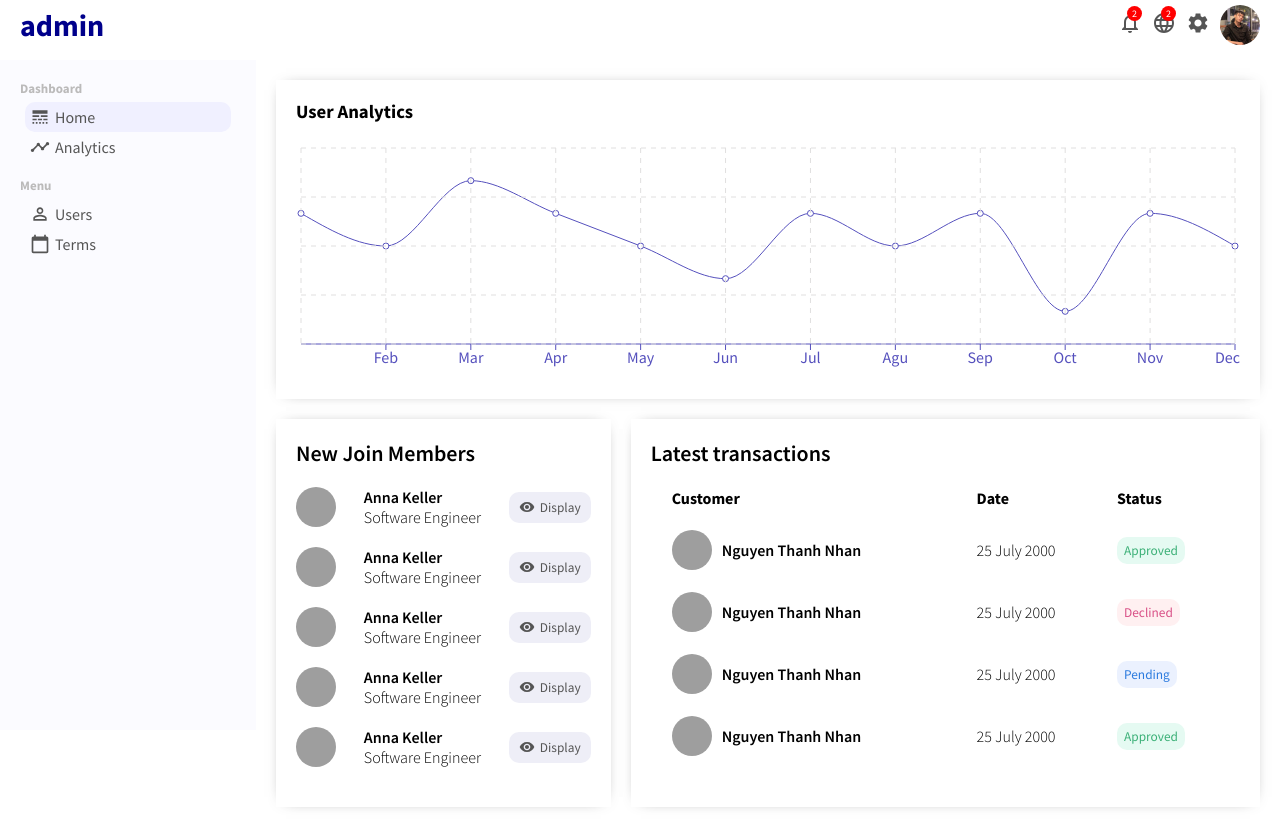
Repository: NguyenThanhNhan2507/PageQA
Page: /
These files come from the project's save history. The page is drawn as it stood at one moment and after the next save; the edit follows.
The browser window is 1280 px wide. The pictures show the whole page.
Pictures or frames that could not be fetched are drawn as grey boxes. The page's requests for data from a server got no answer. The project was rebuilt for these pictures with package versions that can differ from the ones it lists, and the page was loaded fresh each time. No one was signed in, and anything a server would have sent is missing. Also part of the build but not shown: src/pages/userList/userList.css, src/pages/userList/UserList.jsx, src/pages/user/user.css, src/pages/user/User.jsx, src/pages/newUser/newUser.css, src/pages/newUser/NewUser.jsx, src/pages/productList/productList.css, src/pages/productList/ProductList.jsx and 7 more.

Above is the page before, as saved 2022-04-11 14:00:37.

After the next save:
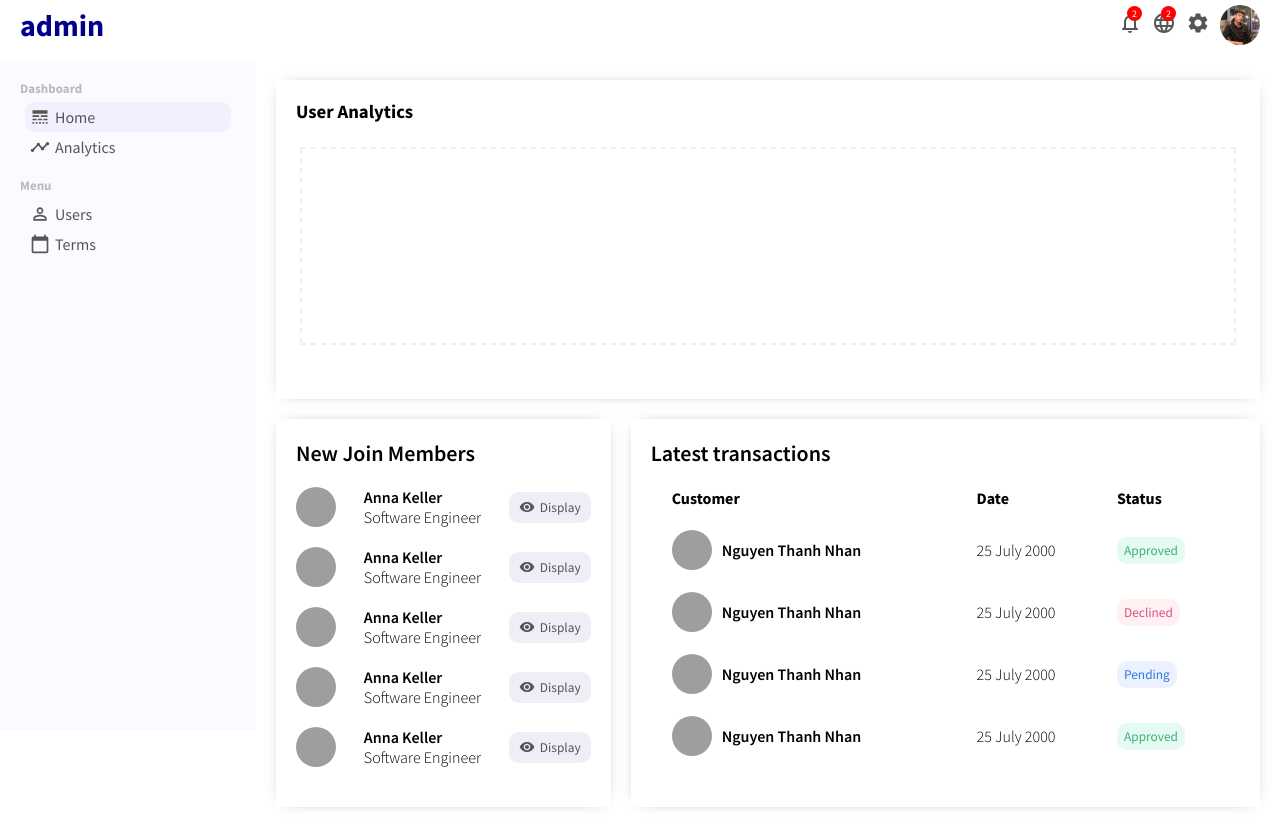
Saved 63 s later.
--- a/src/pages/home/Home.jsx
+++ b/src/pages/home/Home.jsx
@@ -50,10 +50,9 @@ export default function Home() {
     };
     getStats();
   }, [MONTHS]);
-  console.log(userStats)
   return (
     <div className="home">
-      <Chart data={userData} title="User Analytics" grid dataKey="Active User"/>
+      <Chart data={userStats} title="User Analytics" grid dataKey="New User"/>
       <div className="homeWidgets">
         <WidgetSm/>
         <WidgetLg/>
